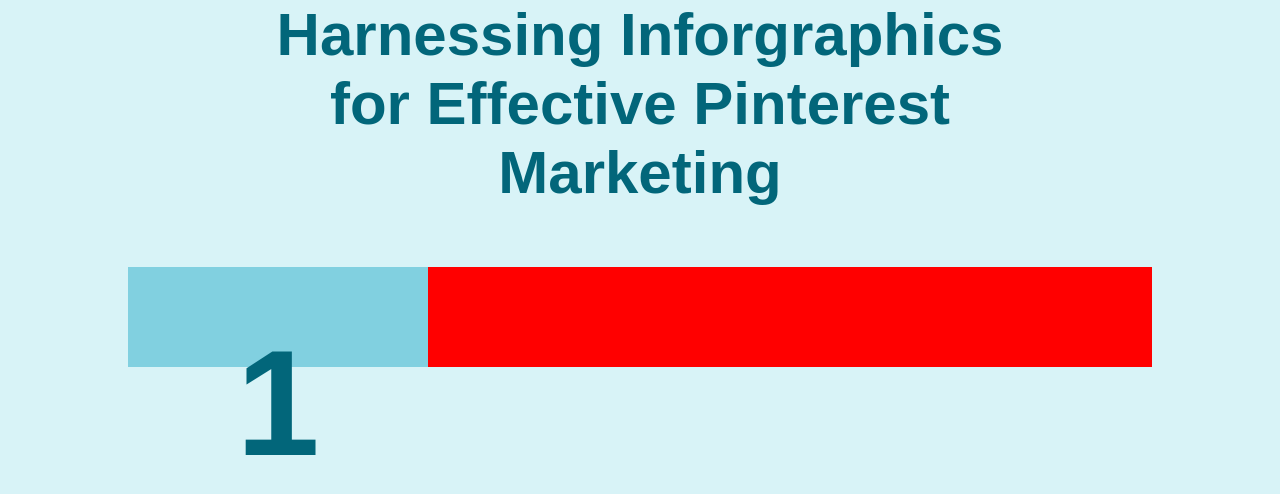
Repository: ayushrajput545/InforGraphic-page
Page: index.html
The author's editor kept a copy of each file at every save. The page is drawn from the files as they stood at one save, then again after a run of saves.
The browser window is 1280 px wide. The pictures show the whole page.
Some web fonts or font styles are not loaded; a fallback is used.

Above is the page before, as saved 2025-04-01 21:54:12.

After the next 4 saves:
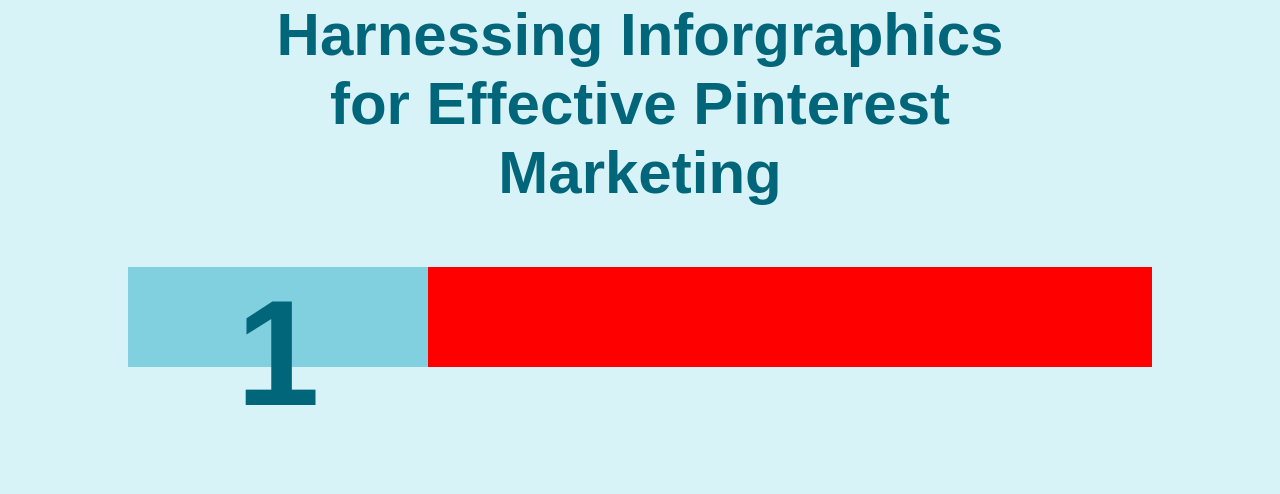
The 4 saves are shown as one change because they came seconds apart.
The last was saved 12 s later.
--- a/style.css
+++ b/style.css
@@ -43,7 +43,7 @@
     color: #02667a;
     position: absolute;
     z-index: 2;
-    bottom: 0;
-   top: 50px;
+
+   top:0;
 
 }
